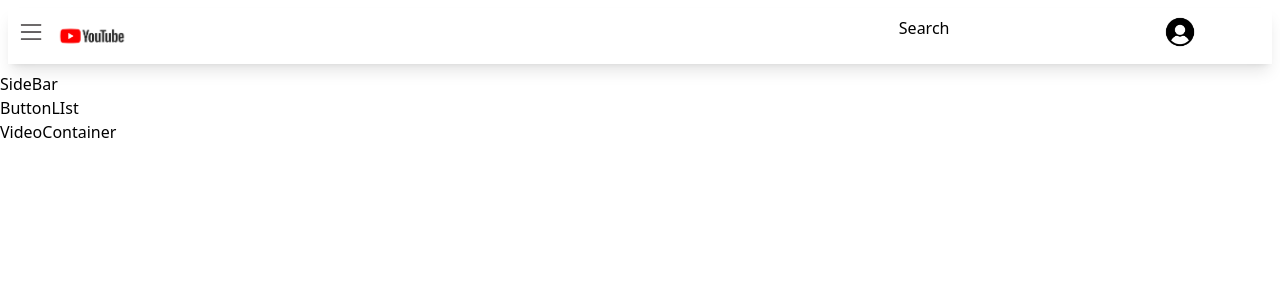
Repository: AmolPawar7181/namaste-youtube
Page: /
The author's editor kept a copy of each file at every save. The page is drawn from the files as they stood at one save, then again after the next save.
The browser window is 1280 px wide. The pictures show the whole page.
The project was rebuilt for these pictures with package versions that can differ from the ones it lists, and the page was loaded fresh each time. Also part of the build but not shown: vite.config.ts.

Above is the page before, as saved 2023-03-19 12:12:00.

After the next save:
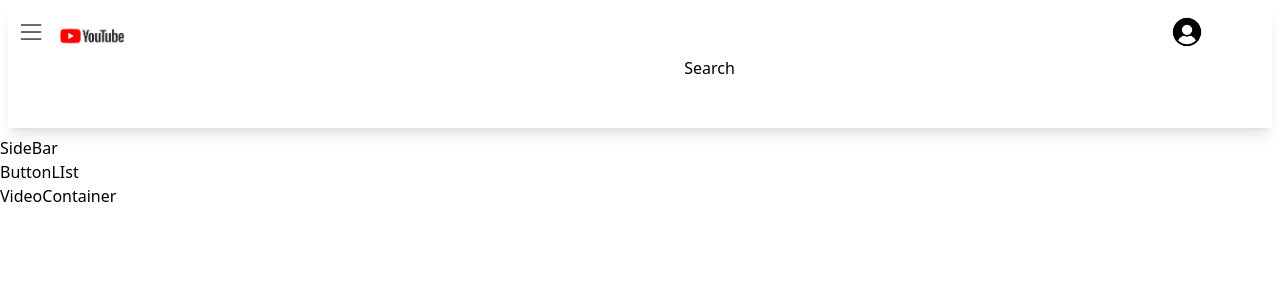
Saved 15 s later.
--- a/src/components/Head.tsx
+++ b/src/components/Head.tsx
@@ -7,7 +7,7 @@
         <img className="h-8" src="data:[embedded picture, 558 characters]" alt="menu"/>
         <img className="h-10 mx-2" src="data:[embedded picture, 4610 characters]" alt="Youtube" />
         </div>
-        <div className='col-span-10 text-center'>
+        <div className='col-span-10 p-10'>
             <input className='w-1/2' type="text" />
             <button>Search</button>
         </div>
